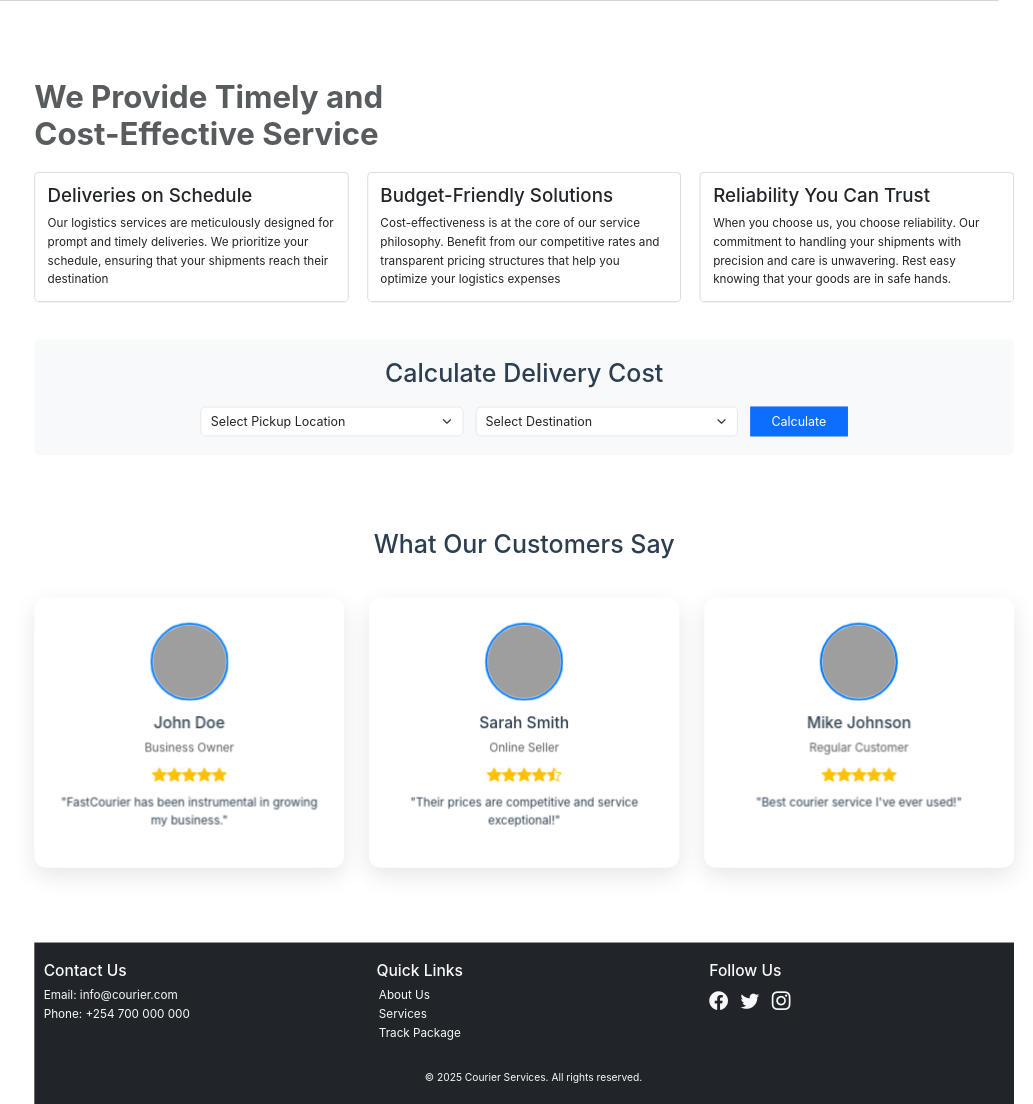
Repository: stancillous/package-yangu-logistics
Page: /
The author's editor kept a copy of each file at every save. The page is drawn from the files as they stood at one save, then again after a run of saves.
The browser window is 1280 px wide. The page is 1324 px wide, so the pictures cover 1324 px, including what lies to the right of the window. The pictures show the part of the page from y = 676 to 2145 px (the page is 2092 px tall before and 2145 px after), at 78% of full size.
Pictures or frames that could not be fetched are drawn as grey boxes. The project was rebuilt for these pictures with package versions that can differ from the ones it lists, and the page was loaded fresh each time. Also part of the build but not shown: vite.config.ts.

Above is the page before, as saved 2025-01-31 14:12:14.

### index.html
<!DOCTYPE html>
<html lang="">
  <head>
    <meta charset="UTF-8">
    <meta name="viewport" content="width=device-width, initial-scale=1.0">
    <link rel="icon" href="/favicon.ico">

    <!-- Bootstrap CSS -->
    <link href="https://cdn.jsdelivr.net/npm/bootstrap@5.3.0/dist/css/bootstrap.min.css" rel="stylesheet">
    <!-- Bootstrap Icons -->
    <link href="https://cdn.jsdelivr.net/npm/bootstrap-icons@1.11.1/font/bootstrap-icons.css" rel="stylesheet">

    <!-- Fonts -->

    <link rel="preconnect" href="https://fonts.googleapis.com">
    <link rel="preconnect" href="https://fonts.gstatic.com" crossorigin>
    <link href="https://fonts.googleapis.com/css2?family=Roboto:ital,wght@0,100..900;1,100..900&display=swap" rel="stylesheet">
    <title>Courier</title>

    <style>
      body{
        font-family: 'Roboto', sans-serif;
        overflow-x: hidden;
        width: 100vw;
      }

      button{
        border-radius: 0 !important;
      }

    </style>
  </head>
  <body>
    <div id="app"></div>


    <script type="module" src="/src/main.ts"></script>
    <!-- Bootstrap JS -->
    <script src="https://cdn.jsdelivr.net/npm/bootstrap@5.3.0/dist/js/bootstrap.bundle.min.js"></script>
  </body>
</html>

### src/main.ts
import './assets/main.css'

import { createApp } from 'vue'
import App from './App.vue'
import router from './router'

// import { BootstrapVue, BootstrapVueIcons } from 'bootstrap-vue'

// import 'bootstrap/dist/css/bootstrap.css'
// import 'bootstrap-vue/dist/bootstrap-vue.css'

const app = createApp(App)

// app.use(BootstrapVue)
// app.use(BootstrapVueIcons)

app.use(router)

app.mount('#app')

### src/App.vue
<script setup lang="ts">
import { RouterLink, RouterView } from 'vue-router'
import Index from './views/Index.vue'
</script>

<template>
  <div>
    <Index/>
  </div>

</template>

<style scoped>

body{
  border: 8px solid red !important;
}
</style>

### src/router/index.ts
import { createRouter, createWebHistory } from 'vue-router'
import Index from '../views/Index.vue'

const router = createRouter({
  history: createWebHistory(import.meta.env.BASE_URL),
  routes: [
    {
      path: '/',
      name: 'home',
      component: Index,
    },
    // {
    //   path: '/about',
    //   name: 'about',
    //   // route level code-splitting
    //   // this generates a separate chunk (About.[hash].js) for this route
    //   // which is lazy-loaded when the route is visited.
    //   component: () => import('../views/AboutView.vue'),
    // },
  ],
})

export default router

### src/views/Index.vue
<template>
    <div class="container">
      <nav class="navbar navbar-expand-lg navbar-light bg-white fixed-top shadow-sm">
        <div class="container">
          <a class="navbar-brand d-flex align-items-center" href="#">
            <i class="bi bi-box-seam fs-2 text-primary me-2"></i>
            <span class="fw-bold">FastCourier</span>
          </a>
          <button class="navbar-toggler" type="button" data-bs-toggle="collapse" data-bs-target="#navbarNav">
            <span class="navbar-toggler-icon"></span>
          </button>
          <div class="collapse navbar-collapse" id="navbarNav">
              <ul class="navbar-nav ms-auto">
                  <li><small class="text-uppercase"><a class="nav-link" href="#">home</a></small></li>
                  <li><small class="text-uppercase"><a class="nav-link" href="#">services</a></small></li>
                  <li><small class="text-uppercase"><a class="nav-link" href="#">about us</a></small></li>
                  <li><small class="text-uppercase"><a class="nav-link" href="#">news</a></small></li>
              </ul>
              <div class="ms-5">
                  <button class="btn btn-sm btn-outline-primary">CONTACT US</button>
              </div>
          </div>
        </div>
      </nav>

      <div class="content-wrapper">
        <div class="hero-section">
            <div class="hero-content">
                <h1 class="fw-bold  display-4">Seamless Shipping, <br> Unmatched Care</h1>
                <p class="card-text">Delivering Convenience with Every Shipment. Enjoy smooth logistics and outstanding customer service backed by our commitment to excellence.</p>
                <button class="btn btn-sm btn-light px-4 py-2 text-primary">Get Started</button>
            </div>
        </div>


        <!-- Services Section -->
        <div style="padding-top: 700px;" class="section-wrp">
          <h2 class="fw-bold display-6 mb-4 text-muted">We Provide Timely and <br> Cost-Effective Service</h2>
          <div class="row g-4">
            <div class="col-md-4">
              <div class="card h-100">
                <div class="card-body">
                  <!-- <i class="bi bi-truck fs-1 text-primary mb-3"></i> -->
                  <h4 class="card-title">Deliveries on Schedule</h4>
                  <p class="card-text">Our logistics services are meticulously designed for prompt and timely deliveries. We prioritize your schedule, ensuring that your shipments reach their destination</p>
                </div>
              </div>
            </div>
            <div class="col-md-4">
              <div class="card h-100">
                <div class="card-body">
                  <!-- <i class="bi bi-globe fs-1 text-primary mb-3"></i> -->
                  <h4 class="card-title">Budget-Friendly Solutions</h4>
                  <p class="card-text">Cost-effectiveness is at the core of our service philosophy. Benefit from our competitive rates and transparent pricing structures that help you optimize your logistics expenses</p>
                </div>
              </div>
            </div>
            <div class="col-md-4">
              <div class="card h-100">
                <div class="card-body">
                  <!-- <i class="bi bi-shield-check fs-1 text-primary mb-3"></i> -->
                  <h4 class="card-title">Reliability You Can Trust</h4>
                  <p class="card-text">When you choose us, you choose reliability. Our commitment to handling your shipments with precision and care is unwavering. Rest easy knowing that your goods are in safe hands.</p>
                </div>
              </div>
            </div>
          </div>
        </div>

        <!-- Delivery Calculator -->
        <div class="calculator-section my-5 py-4 bg-light rounded">
          <h2 class="text-center mb-4">Calculate Delivery Cost</h2>
          <div class="row justify-content-center">
            <div class="col-md-8">
              <div class="row g-3">
                <div class="col-md-5">
                  <select v-model="pickup" class="form-select">
                    <option value="" disabled selected>Select Pickup Location</option>
                    <option value="nairobi">Nairobi</option>
                    <option value="mombasa">Mombasa</option>
                    <option value="kisumu">Kisumu</option>
                    <option value="nakuru">Nakuru</option>
                    <option value="eldoret">Eldoret</option>
                  </select>
                </div>
                <div class="col-md-5">
                  <select v-model="destination" class="form-select">
                    <option value="" disabled selected>Select Destination</option>
                    <option value="nairobi">Nairobi</option>
                    <option value="mombasa">Mombasa</option>
                    <option value="kisumu">Kisumu</option>
                    <option value="nakuru">Nakuru</option>
                    <option value="eldoret">Eldoret</option>
                  </select>
                </div>
                <div class="col-md-2">
                  <button @click="calculatePrice" class="btn btn-primary w-100">Calculate</button>
                </div>
              </div>
              <div v-if="price" class="mt-4 text-center">
                <h4>Estimated Cost: KES {{ price }}</h4>
              </div>
            </div>
          </div>
        </div>

        <!-- Reviews Section -->
        <div class="reviews-section my-5 py-5">
          <h2 class="text-center mb-5">What Our Customers Say</h2>
          <div class="reviews-grid">
            <div class="review-card">
              <div class="review-image">
                <img src="https://randomuser.me/api/portraits/men/32.jpg" alt="John Doe">
              </div>
              <h5 class="mt-3">John Doe</h5>
              <p class="text-muted mb-2">Business Owner</p>
              <div class="rating mb-2">
                <i class="bi bi-star-fill text-warning"></i>
                <i class="bi bi-star-fill text-warning"></i>
                <i class="bi bi-star-fill text-warning"></i>
                <i class="bi bi-star-fill text-warning"></i>
                <i class="bi bi-star-fill text-warning"></i>
              </div>
              <p>"FastCourier has been instrumental in growing my business."</p>
            </div>

            <div class="review-card">
              <div class="review-image">
                <img src="https://randomuser.me/api/portraits/women/44.jpg" alt="Sarah Smith">
              </div>
              <h5 class="mt-3">Sarah Smith</h5>
              <p class="text-muted mb-2">Online Seller</p>
              <div class="rating mb-2">
                <i class="bi bi-star-fill text-warning"></i>
                <i class="bi bi-star-fill text-warning"></i>
                <i class="bi bi-star-fill text-warning"></i>
                <i class="bi bi-star-fill text-warning"></i>
                <i class="bi bi-star-half text-warning"></i>
              </div>
              <p>"Their prices are competitive and service exceptional!"</p>
            </div>

            <div class="review-card">
              <div class="review-image">
                <img src="https://randomuser.me/api/portraits/men/67.jpg" alt="Mike Johnson">
              </div>
              <h5 class="mt-3">Mike Johnson</h5>
              <p class="text-muted mb-2">Regular Customer</p>
              <div class="rating mb-2">
                <i class="bi bi-star-fill text-warning"></i>
                <i class="bi bi-star-fill text-warning"></i>
                <i class="bi bi-star-fill text-warning"></i>
                <i class="bi bi-star-fill text-warning"></i>
                <i class="bi bi-star-fill text-warning"></i>
              </div>
              <p>"Best courier service I've ever used!"</p>
            </div>
          </div>
        </div>

        <!-- Footer -->
        <footer class="bg-dark text-light py-4 mt-5">
          <div class="container">
            <div class="row">
              <div class="col-md-4">
                <h5>Contact Us</h5>
                <p>Email: info@courier.com<br>
                   Phone: +254 700 000 000</p>
              </div>
              <div class="col-md-4">
                <h5>Quick Links</h5>
                <ul class="list-unstyled">
                  <li><a href="#" class="text-light">About Us</a></li>
                  <li><a href="#" class="text-light">Services</a></li>
                  <li><a href="#" class="text-light">Track Package</a></li>
                </ul>
              </div>
              <div class="col-md-4">
                <h5>Follow Us</h5>
                <div class="fs-4">
                  <i class="bi bi-facebook me-3"></i>
                  <i class="bi bi-twitter me-3"></i>
                  <i class="bi bi-instagram"></i>
                </div>
              </div>
            </div>
            <div class="text-center mt-3">
              <small>&copy; 2025 Courier Services. All rights reserved.</small>
            </div>
          </div>
        </footer>
      </div>
    </div>
  </template>

  <script>
  export default {
    name: 'Index',
    data() {
      return {
        pickup: '',
        destination: '',
        price: null
      }
    },
    methods: {
      calculatePrice() {
        if (this.pickup && this.destination) {
          // Generate a random price between 1000 and 5000
          this.price = Math.floor(Math.random() * (5000 - 1000 + 1)) + 1000;
        }
      }
    }
  }
  </script>

  <style scoped>

.hero-section {
    position: absolute;
    left: 0;
  width: 100vw;
  height: 600px;
  background-image: url('https://images.unsplash.com/photo-1578575437130-527eed3abbec');
  background-size: cover;
  background-position: center;
  /* position: relative; */
  display: flex;
  align-items: center;
  justify-content: center;
  color: white;
  margin-left: calc(-50vw + 50%);
  margin-right: calc(-50vw + 50%);
}

.hero-section::before {
  content: '';
  position: absolute;
  top: 0;
  left: 0;
  width: 100%;
  height: 100%;
  background: rgba(0, 0, 0, 0.6);
}

.hero-content {
  position: relative;
  z-index: 2;
  max-width: 800px;
  text-align: left;
  padding: 0 1rem;
}

  button{
    border-radius: 0 !important;
  }
  .container {
      width: 100vw;
      max-width: 1500px;
      margin: auto;
  }

  .content-wrapper {
      margin-top: 76px;
  }

  .carousel-caption {
    background: rgba(0, 0, 0, 0.5);
    padding: 2rem;
    border-radius: 10px;
  }

  .card {
    transition: transform 0.3s;
  }

  .card:hover {
    transform: translateY(-5px);
  }

  .reviews-grid {
      display: grid;
      grid-template-columns: repeat(auto-fit, minmax(300px, 1fr));
      gap: 2rem;
      perspective: 1000px;
  }

  .review-card {
      background: white;
      border-radius: 15px;
      padding: 2rem;
      text-align: center;
      box-shadow: 0 10px 30px rgba(0, 0, 0, 0.1);
      transition: transform 0.5s;
      transform-style: preserve-3d;
  }

  .review-card:hover {
      transform: translateZ(20px) rotateX(5deg);
  }

  .review-image {
      width: 100px;
      height: 100px;
      margin: 0 auto;
      border-radius: 50%;
      overflow: hidden;
      border: 3px solid #007bff;
  }

  .review-image img {
      width: 100%;
      height: 100%;
      object-fit: cover;
  }

  .rating {
      font-size: 1.2rem;
  }

  @media (max-width: 768px) {
      .reviews-grid {
          grid-template-columns: 1fr;
      }
  }
  </style>

Loaded but not shown: src/assets/main.css (common file); src/assets/base.css (common file)

After the next 14 saves:
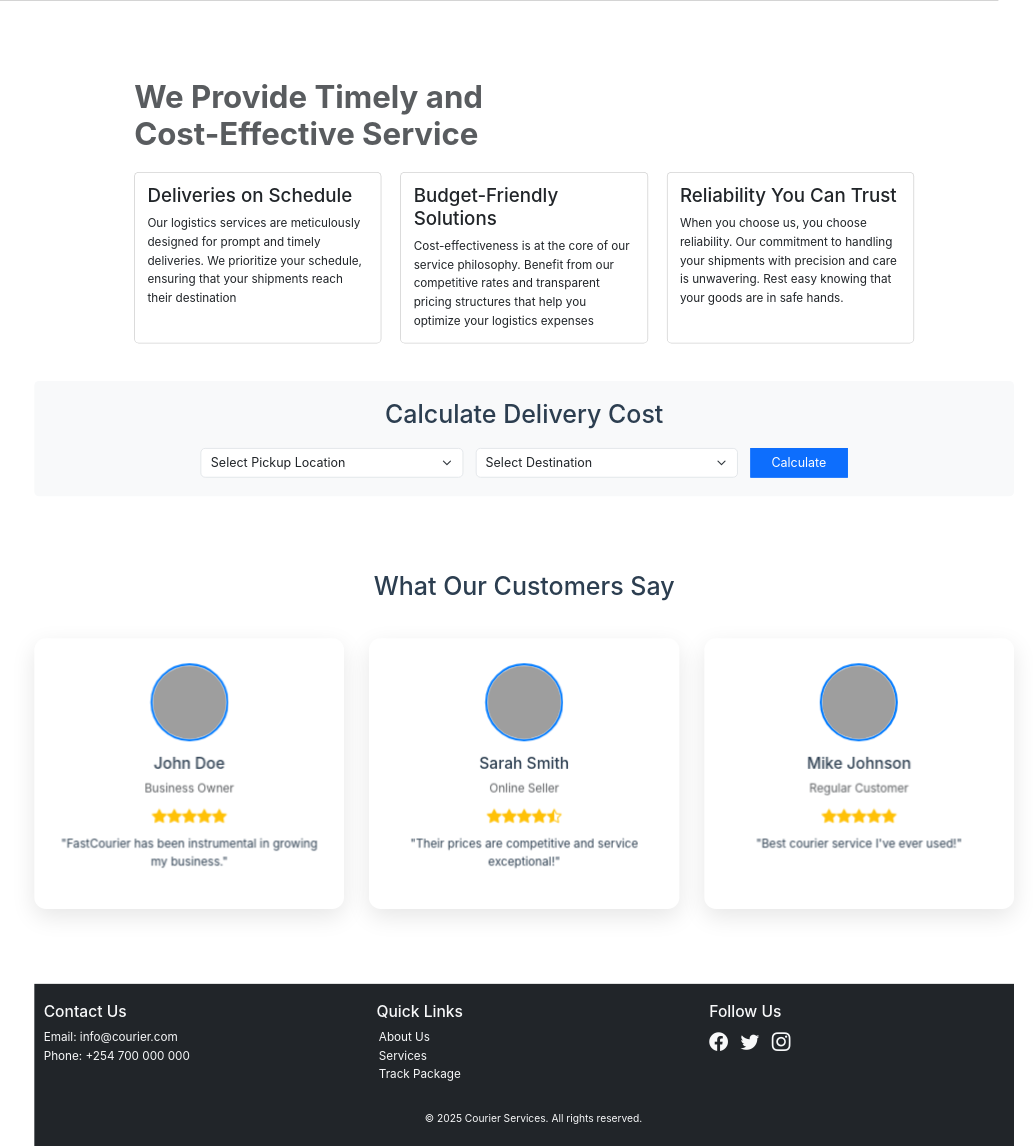
The 14 saves are shown as one change because they came seconds apart.
The last was saved 45 s later.
--- a/src/views/Index.vue
+++ b/src/views/Index.vue
@@ -251,8 +251,9 @@
   padding: 0 1rem;
 }
 
-  button{
-    border-radius: 0 !important;
+  .section-wrp{
+    max-width: 1000px;
+    margin: 1rem auto;
   }
   .container {
       width: 100vw;
